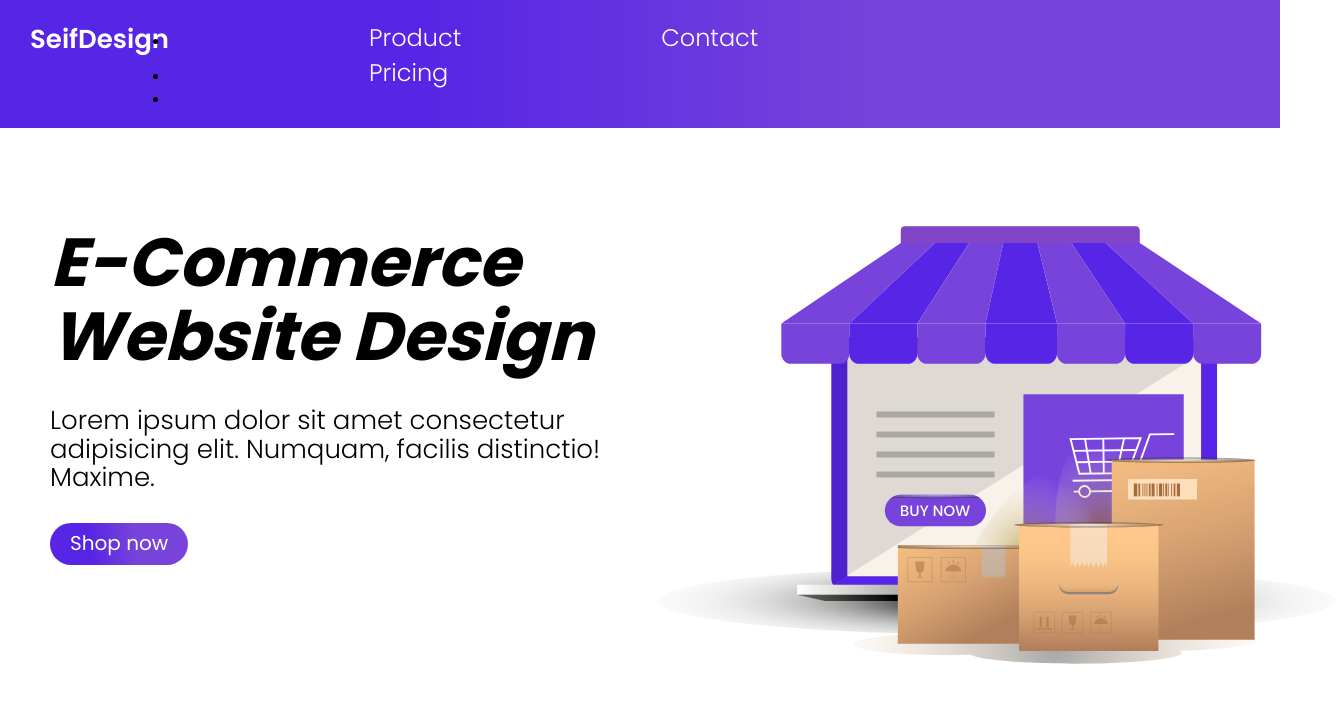
Repository: MehdiKerimov/figma-task-19
Page: pages/homePage/index.html
These files come from the project's save history. The page is drawn as it stood at one moment and after the next save; the edit follows.
The browser window is 1280 px wide. The page is 1336 px wide, so the pictures cover 1336 px, including what lies to the right of the window. The pictures show the whole page.
The style sheet was rebuilt from its Sass, Less or Tailwind sources for each picture, by a compiler version that may differ from the author's.

Above is the page before, as saved 2024-01-20 15:32:57.

### pages/homePage/index.html
<!DOCTYPE html>
<html lang="en">
  <head>
    <meta charset="UTF-8" />
    <meta name="viewport" content="width=device-width, initial-scale=1.0" />
    <title>Document</title>
    <link rel="stylesheet" href="../../assets/css/reset.css" />
    <link rel="stylesheet" href="index.css" />
  </head>
  <body>
    <div class="container">
      <nav>
        <h1>SeifDesign</h1>
        <ul>
          <li>
                    <a href="">Product</a>

          </li>
          <li>
                    <a href="">Pricing</a>

          </li>
          <li></li>
        </ul>
        <a href="">Contact</a>
      </nav>
      <main>
        <div class="left-container">
          <h2>E-Commerce Website Design</h2>
          <p>
            Lorem ipsum dolor sit amet consectetur adipisicing elit. Numquam,
            facilis distinctio! Maxime.
          </p>
          <button><a href="">Shop now</a></button>
        </div>

        <img src="../../assets/images/Group (3).svg" alt="" />
      </main>
    </div>
  </body>
</html>

### assets/css/reset.css
*{
    margin: 0;
    padding: 0;
    box-sizing: border-box;
}

button{
    border: none;
}
a{
    text-decoration: none;
}

### pages/homePage/index.scss
@import url("https://fonts.googleapis.com/css2?family=Poppins:wght@300;400;600;700&display=swap");
.container {
  min-height: 100vh;
  /* padding: 30px 30px 43px 30px; */
  nav {
    padding: 20px 30px;
    display: flex;
    background: linear-gradient(270deg, #7743db 31.64%, #5725e5 66.78%);
    h1 {
      color: #fff;
      font-family: Poppins;
      font-size: 26px;
      font-style: normal;
      font-weight: 600;
      line-height: normal;
    }
    a {
      text-decoration: none;
      margin-left: 200px;
      color: #fff;
      text-align: center;
      font-family: Poppins;
      font-size: 24px;
      font-style: normal;
      font-weight: 300;
      line-height: normal;
    }
  }
  main {
    display: flex;
    padding: 98px 50px 43px 50px;
    @media screen and (max-width:1024px) {
      flex-direction: column-reverse;
    }
    h2 {
      width: 608px;
      font-family: Poppins;
      font-size: 68px;
      font-style: italic;
      font-weight: 700;
      line-height: 109%;
    }
    p {
      margin-top: 32px;
      margin-bottom: 32px;
      width: 608px;
      color: #000;
      font-family: Poppins;
      font-size: 26px;
      font-style: normal;
      font-weight: 300;
      line-height: 109%;
    }
    button {
      padding: 10px 20px;
      border-radius: 25px;
      background: linear-gradient(263deg, #7743db 38.81%, #5725e5 70.24%);
      a {
        color: #fff;
        font-family: Poppins;
        font-size: 20px;
        font-style: normal;
        font-weight: 400;
        line-height: 109%;
      }
    }
  }
}

After the next save:
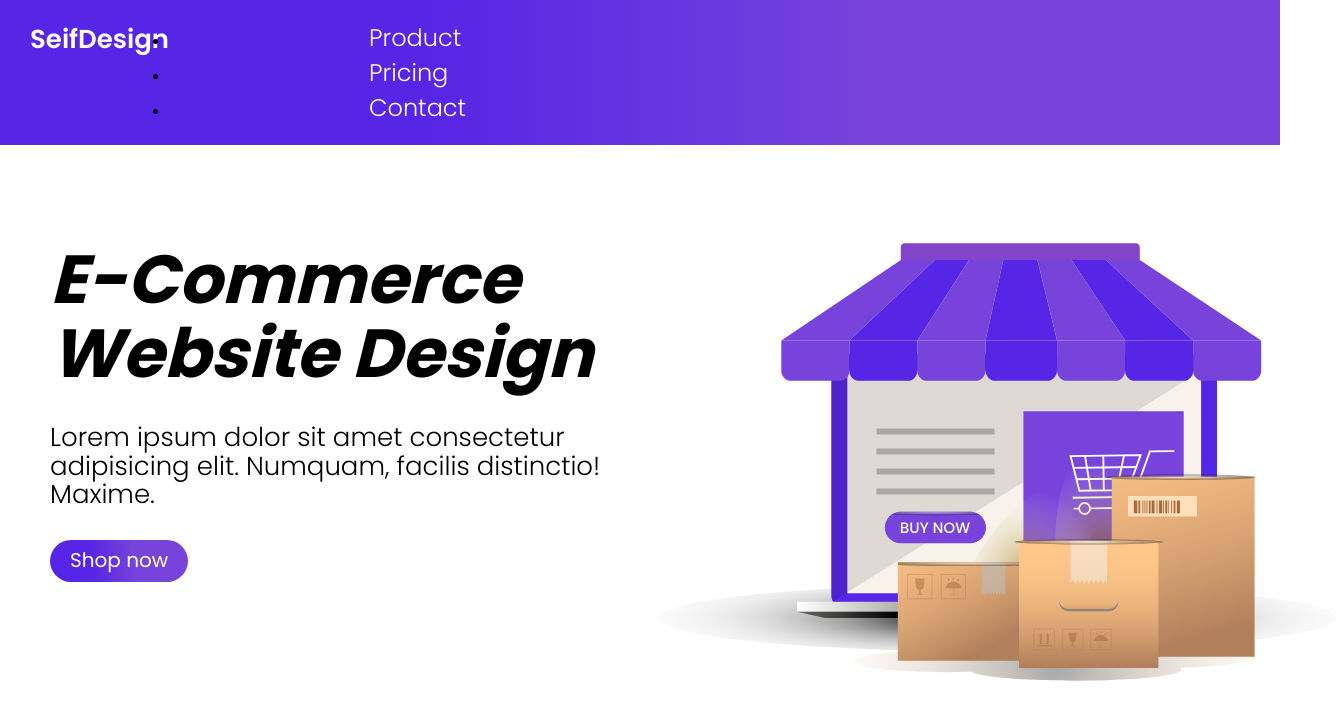
Saved 5 s later.
--- a/pages/homePage/index.html
+++ b/pages/homePage/index.html
@@ -20,9 +20,9 @@
                     <a href="">Pricing</a>
 
           </li>
-          <li></li>
+          <li>        <a href="">Contact</a>
+</li>
         </ul>
-        <a href="">Contact</a>
       </nav>
       <main>
         <div class="left-container">
